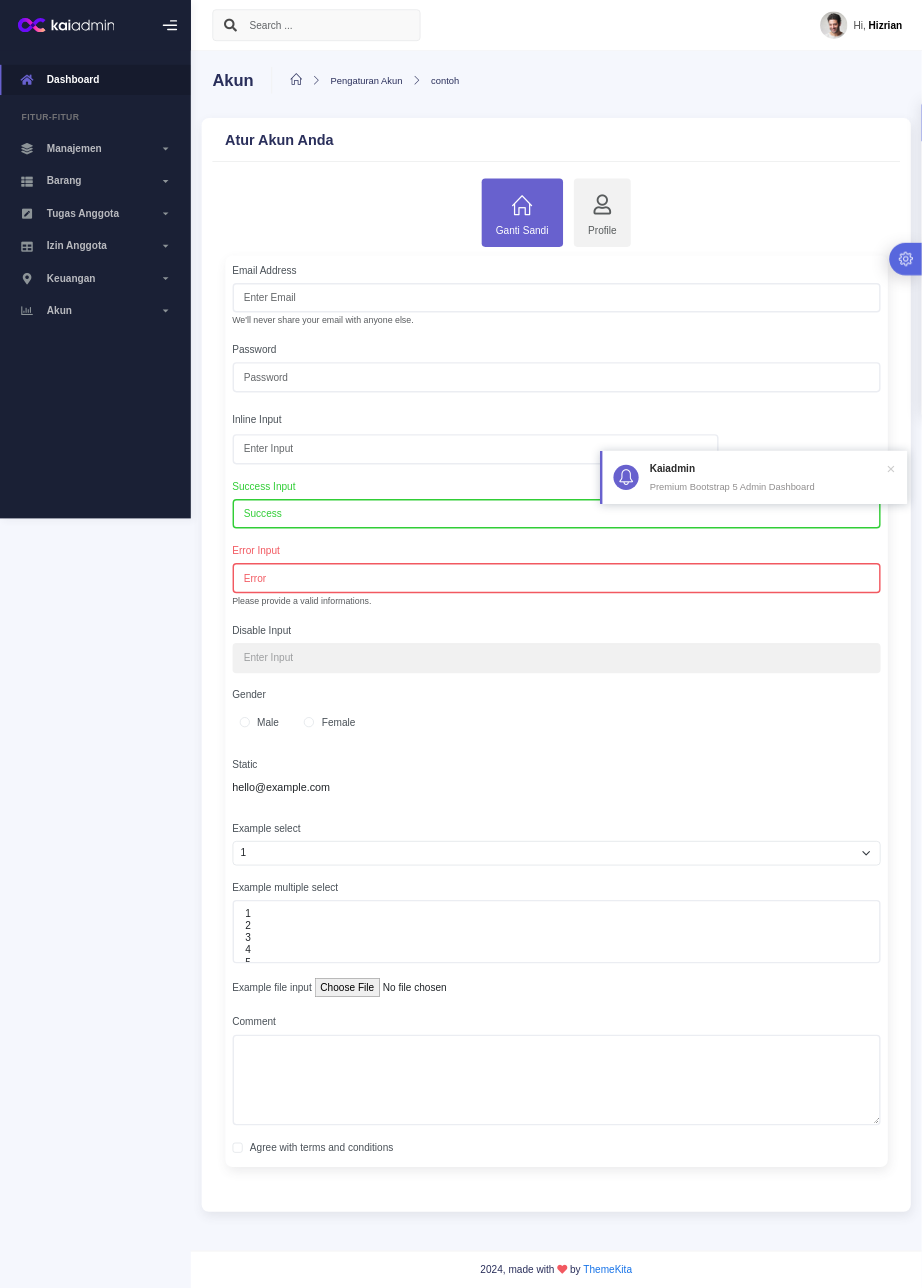
Repository: fatkquladhim/multimedia_laravel
Page: http://localhost/akun
An editor plug-in stored every save of this project. The page is shown before and after a run of saves, followed by the edit.
The browser window is 1280 px wide. The pictures show the whole page, at 72% of full size.
Some web fonts or font styles are not loaded; a fallback is used. The page is served by the project's Laravel application, run on PHP 8.4 with Laravel 12.

Above is the page before, as saved 2025-08-16 23:10:11.
Console error: ReferenceError: jsVectorMap is not defined

After the next 2 saves:
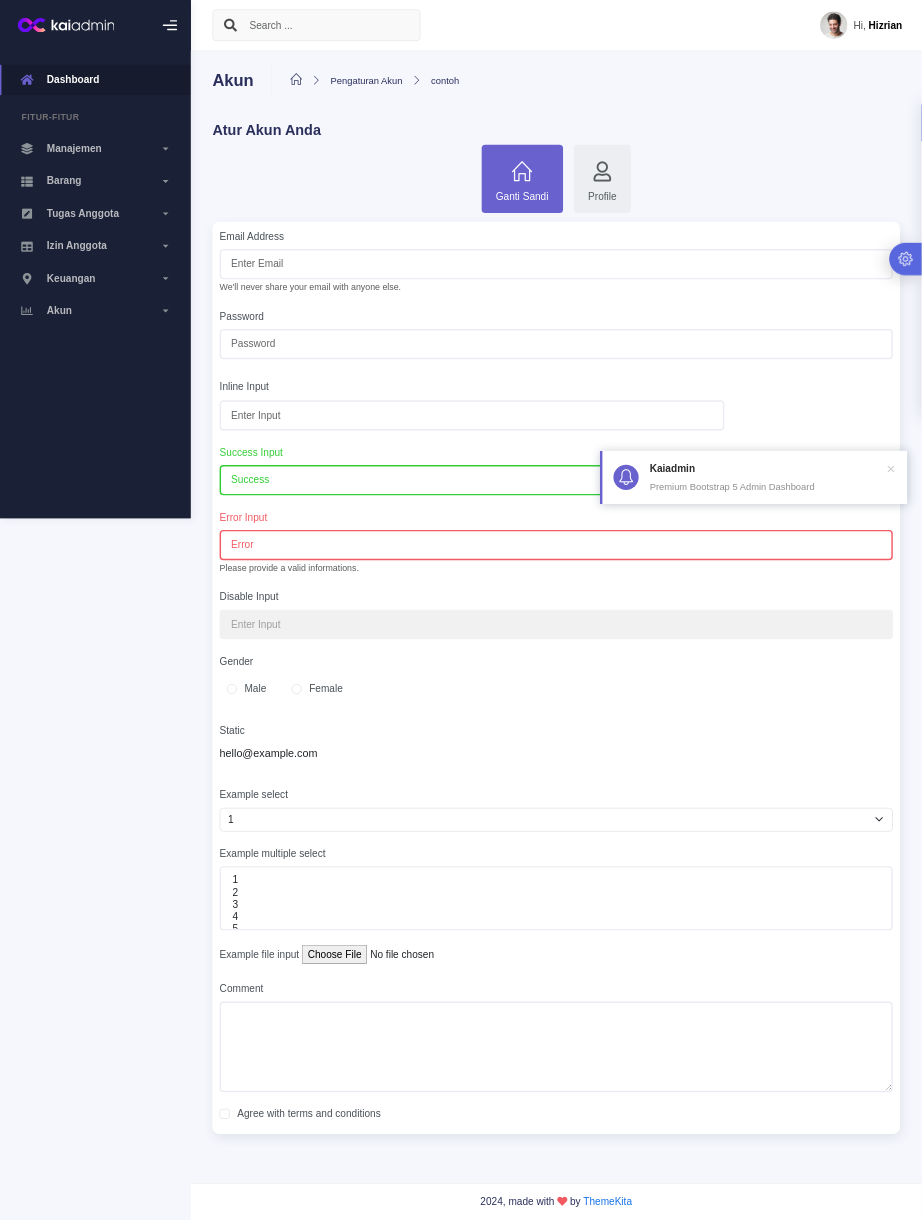
The 2 saves are shown as one change because they came seconds apart.
The last was saved 102 s later.
--- a/resources/views/akun/tampil.blade.php
+++ b/resources/views/akun/tampil.blade.php
@@ -24,7 +24,7 @@
             </ul>
         </div>
         <div class="row">
-          <div class="card">
+          <div class="col md-6">
               <div class="card-header">
                 <h4 class="card-title">Atur Akun Anda</h4>
               </div>

After the save that followed:
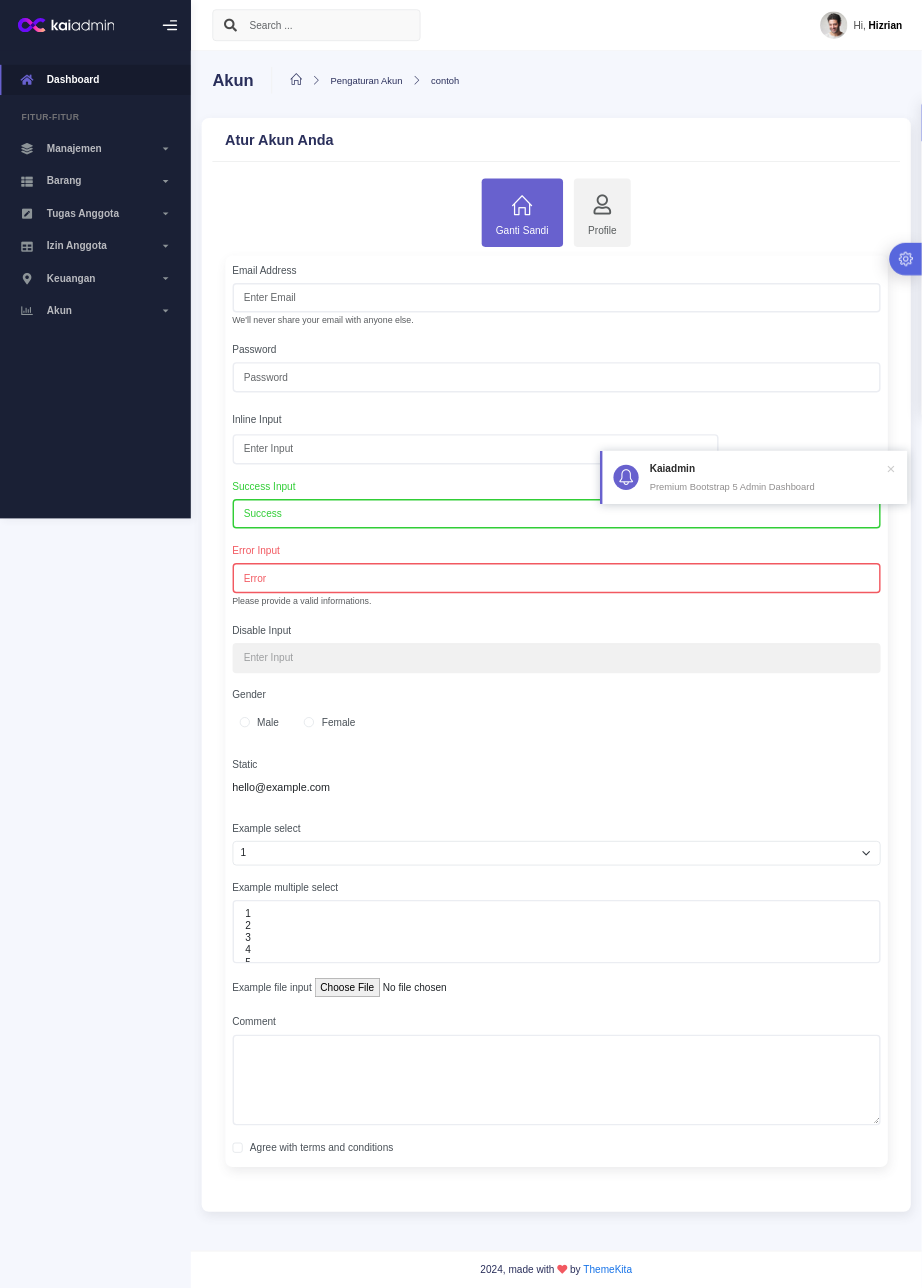
Saved 31 s later.
--- a/resources/views/akun/tampil.blade.php
+++ b/resources/views/akun/tampil.blade.php
@@ -24,7 +24,7 @@
             </ul>
         </div>
         <div class="row">
-          <div class="col md-6">
+          <div class="card">
               <div class="card-header">
                 <h4 class="card-title">Atur Akun Anda</h4>
               </div>
